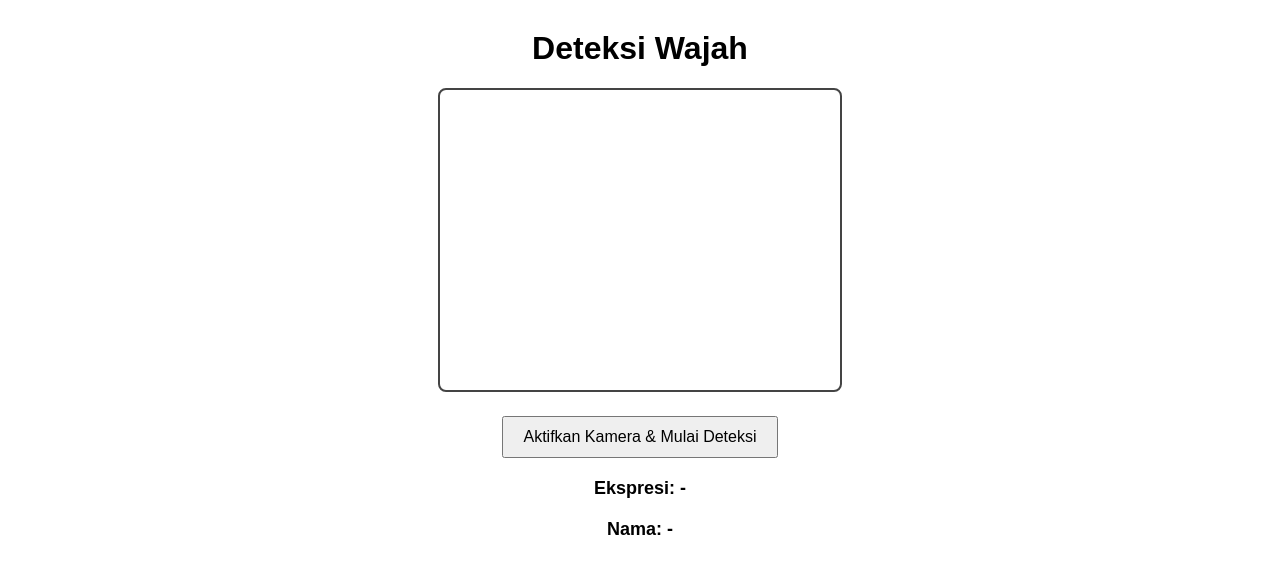
Repository: RalfyBawinto/working-teachable-machine
Page: index.html
These files come from the project's save history. The page is drawn as it stood at one moment and after the next save; the edit follows.
The browser window is 1280 px wide. The pictures show the whole page.

Above is the page before, as saved 2025-04-21 22:33:01.

### index.html
<!DOCTYPE html>
<html lang="id">
  <head>
    <meta charset="UTF-8" />
    <title>Deteksi With Teachable Machine By Google</title>
    <style>
      body {
        font-family: Arial, sans-serif;
        text-align: center;
        margin-top: 30px;
      }
      video {
        border: 2px solid #444;
        border-radius: 8px;
        width: 400px;
        height: 300px;
      }
      .output {
        margin-top: 20px;
        font-size: 18px;
        font-weight: bold;
      }
      button {
        margin-top: 20px;
        padding: 10px 20px;
        font-size: 16px;
      }
    </style>
  </head>
  <body>
    <h1>Deteksi Wajah</h1>
    <video id="video" autoplay playsinline muted></video>
    <canvas id="canvas" width="400" height="300" style="display: none"></canvas>
    <br />
    <button onclick="start()">Aktifkan Kamera & Mulai Deteksi</button>

    <div class="output" id="face-output">Ekspresi: -</div>
    <div class="output" id="name-output">Nama: -</div>

    <!-- TensorFlow.js wajib -->
    <script src="https://cdn.jsdelivr.net/npm/@tensorflow/tfjs@3.21.0/dist/tf.min.js"></script>

    <!-- Teachable Machine -->
    <script src="https://cdn.jsdelivr.net/npm/@teachablemachine/image@0.8/dist/teachablemachine-image.min.js"></script>

    <script>
      const faceModelURL =
        "https://teachablemachine.withgoogle.com/models/oTtv--EQC/";
      const faceModel3URL =
        "https://teachablemachine.withgoogle.com/models/1E0LcWWmy/";

      let faceModel, faceModel3, video, canvas, ctx;

      async function start() {
        video = document.getElementById("video");
        canvas = document.getElementById("canvas");
        ctx = canvas.getContext("2d");

        try {
          // Load model wajah dan model wajah 3 (5 kategori manusia)
          faceModel = await tmImage.load(
            faceModelURL + "model.json",
            faceModelURL + "metadata.json"
          );
          faceModel3 = await tmImage.load(
            faceModel3URL + "model.json",
            faceModel3URL + "metadata.json"
          );

          // Setup webcam
          const stream = await navigator.mediaDevices.getUserMedia({
            video: true,
          });
          video.srcObject = stream;

          video.onloadedmetadata = () => {
            video.play();
            requestAnimationFrame(loop);
          };
        } catch (err) {
          alert("Gagal mengakses kamera atau model.");
          console.error("Error:", err);
        }
      }

      async function loop() {
        ctx.drawImage(video, 0, 0, canvas.width, canvas.height);
        await predictFace();
        requestAnimationFrame(loop);
      }

      async function predictFace() {
        // Prediksi menggunakan model wajah umum (model 1)
        const prediction = await faceModel.predict(canvas);
        const highestPrediction = prediction.reduce(
          (max, p) => (p.probability > max.probability ? p : max),
          { probability: 0 }
        );
        document.getElementById("face-output").innerText = `Ekspresi Wajah: ${
          highestPrediction.className
        } (${(highestPrediction.probability * 100).toFixed(1)}%)`;

        // Prediksi menggunakan model wajah 3 (5 kategori manusia)
        const prediction3 = await faceModel3.predict(canvas);
        const highestPrediction3 = prediction3.reduce(
          (max, p) => (p.probability > max.probability ? p : max),
          { probability: 0 }
        );
        document.getElementById("name-output").innerText = `Nama: ${
          highestPrediction3.className
        } (${(highestPrediction3.probability * 100).toFixed(1)}%)`;
      }
    </script>
  </body>
</html>

After the next save:
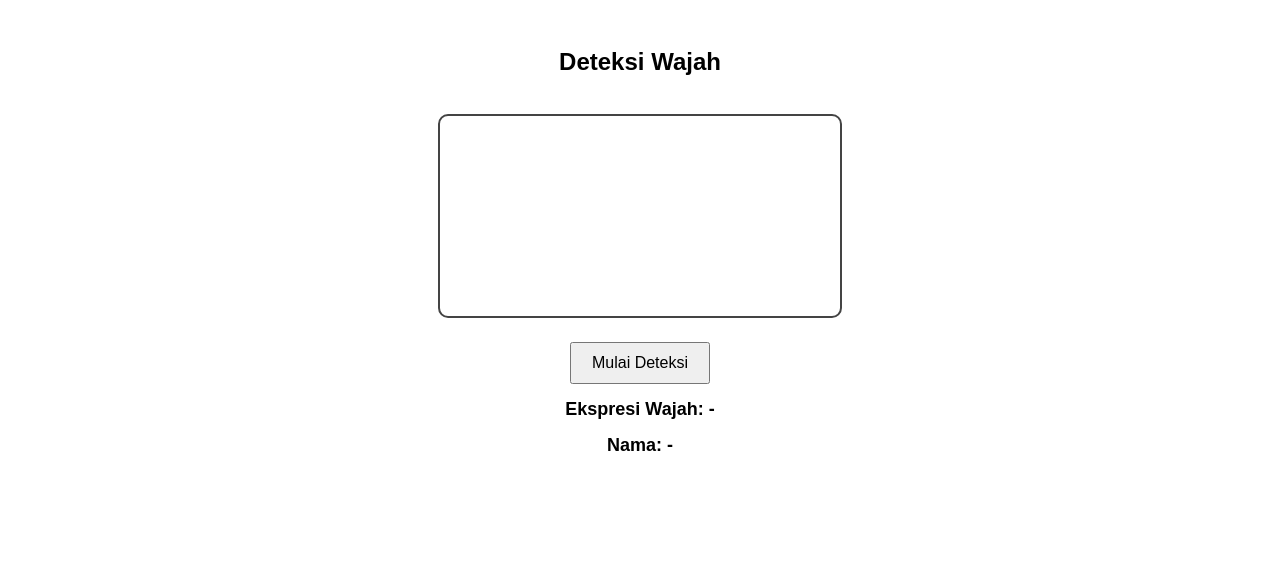
Saved 66 min 56 s later.
--- a/index.html
+++ b/index.html
@@ -2,45 +2,61 @@
 <html lang="id">
   <head>
     <meta charset="UTF-8" />
-    <title>Deteksi With Teachable Machine By Google</title>
+    <meta name="viewport" content="width=device-width, initial-scale=1.0" />
+    <title>Deteksi Wajah</title>
     <style>
       body {
         font-family: Arial, sans-serif;
         text-align: center;
-        margin-top: 30px;
+        padding: 20px;
       }
       video {
+        width: 100%;
+        max-width: 400px;
+        border-radius: 10px;
         border: 2px solid #444;
-        border-radius: 8px;
-        width: 400px;
-        height: 300px;
       }
       .output {
-        margin-top: 20px;
+        margin-top: 15px;
         font-size: 18px;
         font-weight: bold;
       }
-      button {
+      button,
+      select {
         margin-top: 20px;
         padding: 10px 20px;
         font-size: 16px;
       }
+      #cameraSelectWrapper {
+        display: none;
+        margin-top: 10px;
+      }
     </style>
   </head>
   <body>
-    <h1>Deteksi Wajah</h1>
-    <video id="video" autoplay playsinline muted></video>
+    <h2>Deteksi Wajah</h2>
+
+    <!-- Pilihan kamera hanya muncul di mobile/tablet -->
+    <div id="cameraSelectWrapper">
+      <label for="cameraSelect">Pilih Kamera:</label>
+      <select id="cameraSelect">
+        <option value="user">Depan (Selfie)</option>
+        <option value="environment">Belakang</option>
+      </select>
+    </div>
+
+    <br />
+    <video id="video" autoplay muted playsinline></video>
     <canvas id="canvas" width="400" height="300" style="display: none"></canvas>
+
     <br />
-    <button onclick="start()">Aktifkan Kamera & Mulai Deteksi</button>
+    <button onclick="start()">Mulai Deteksi</button>
 
-    <div class="output" id="face-output">Ekspresi: -</div>
+    <div class="output" id="face-output">Ekspresi Wajah: -</div>
     <div class="output" id="name-output">Nama: -</div>
 
-    <!-- TensorFlow.js wajib -->
+    <!-- TensorFlow.js -->
     <script src="https://cdn.jsdelivr.net/npm/@tensorflow/tfjs@3.21.0/dist/tf.min.js"></script>
-
-    <!-- Teachable Machine -->
     <script src="https://cdn.jsdelivr.net/npm/@teachablemachine/image@0.8/dist/teachablemachine-image.min.js"></script>
 
     <script>
@@ -51,13 +67,27 @@
 
       let faceModel, faceModel3, video, canvas, ctx;
 
+      // Tampilkan dropdown kamera hanya di mobile/tablet
+      function isMobileDevice() {
+        return /Mobi|Android|iPhone|iPad/i.test(navigator.userAgent);
+      }
+
+      if (isMobileDevice()) {
+        document.getElementById("cameraSelectWrapper").style.display = "block";
+      }
+
       async function start() {
         video = document.getElementById("video");
         canvas = document.getElementById("canvas");
         ctx = canvas.getContext("2d");
 
+        let facingMode = "user"; // default kamera depan
+
+        if (isMobileDevice()) {
+          facingMode = document.getElementById("cameraSelect").value;
+        }
+
         try {
-          // Load model wajah dan model wajah 3 (5 kategori manusia)
           faceModel = await tmImage.load(
             faceModelURL + "model.json",
             faceModelURL + "metadata.json"
@@ -67,12 +97,14 @@
             faceModel3URL + "metadata.json"
           );
 
-          // Setup webcam
           const stream = await navigator.mediaDevices.getUserMedia({
-            video: true,
+            video: {
+              facingMode: { ideal: facingMode }, // pakai 'ideal' bukan 'exact'
+            },
+            audio: false,
           });
+
           video.srcObject = stream;
-
           video.onloadedmetadata = () => {
             video.play();
             requestAnimationFrame(loop);
@@ -90,25 +122,23 @@
       }
 
       async function predictFace() {
-        // Prediksi menggunakan model wajah umum (model 1)
         const prediction = await faceModel.predict(canvas);
-        const highestPrediction = prediction.reduce(
+        const highest1 = prediction.reduce(
           (max, p) => (p.probability > max.probability ? p : max),
           { probability: 0 }
         );
         document.getElementById("face-output").innerText = `Ekspresi Wajah: ${
-          highestPrediction.className
-        } (${(highestPrediction.probability * 100).toFixed(1)}%)`;
+          highest1.className
+        } (${(highest1.probability * 100).toFixed(1)}%)`;
 
-        // Prediksi menggunakan model wajah 3 (5 kategori manusia)
         const prediction3 = await faceModel3.predict(canvas);
-        const highestPrediction3 = prediction3.reduce(
+        const highest3 = prediction3.reduce(
           (max, p) => (p.probability > max.probability ? p : max),
           { probability: 0 }
         );
         document.getElementById("name-output").innerText = `Nama: ${
-          highestPrediction3.className
-        } (${(highestPrediction3.probability * 100).toFixed(1)}%)`;
+          highest3.className
+        } (${(highest3.probability * 100).toFixed(1)}%)`;
       }
     </script>
   </body>
